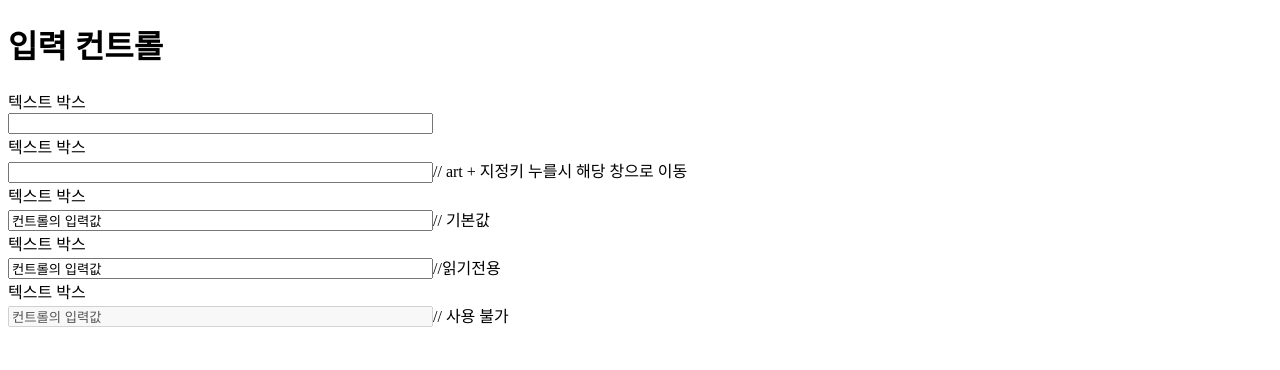
Repository: Hwang-97/HhwDesktop
Page: client/ClientTest/src/main/webapp/html/ex17_form.html
These files come from the project's save history. The page is drawn as it stood at one moment and after the next save; the edit follows.
The browser window is 1280 px wide. The pictures show the whole page.

Above is the page before, as saved 2021-12-13 02:04:06.

### client/ClientTest/src/main/webapp/html/ex17_form.html
<!DOCTYPE html>
<html>
<head>
<meta charset="UTF-8">
<title>Insert title here</title>
</head>
<body>
<!--
<h1>sd</h1>
<form action="/client/html/ex17_ok.jsp" method = "post">
<input type = "text" name = "txt1">
<input type = "submit" value = "서버로 전송하기">
</form>
<h1>네이버 검색</h1>
<form action="https://search.naver.com/search.naver" method = "get">
<input type ="text" name = "query">
<input type ="submit" value = "검색하기">
</form>
-->

<h1>입력 컨트롤</h1>
텍스트 박스
<form action="">
<input type = "text" name="txt1" id="txt1" class = "txt" size="50"
maxlength="5">
</form>
텍스트 박스
<form action="">
<input type = "text" name="txt1" id="txt1" class = "txt" size="50"
maxlength="5" accesskey ="s">// art + 지정키 누를시 해당 창으로 이동
</form>
텍스트 박스
<form action="">
<input type = "text" name="txt1" id="txt1" class = "txt" size="50"
maxlength="5" value="컨트롤의 입력값">// 기본값
</form>
텍스트 박스
<form action="">
<input type = "text" name="txt1" id="txt1" class = "txt" size="50"
maxlength="5" value="컨트롤의 입력값" readonly >//읽기전용
</form>
텍스트 박스
<form action="">
<input type = "text" name="txt1" id="txt1" class = "txt" size="50"
maxlength="5" value="컨트롤의 입력값" disabled>// 사용 불가
</form>


</body>
</html>

After the next save:
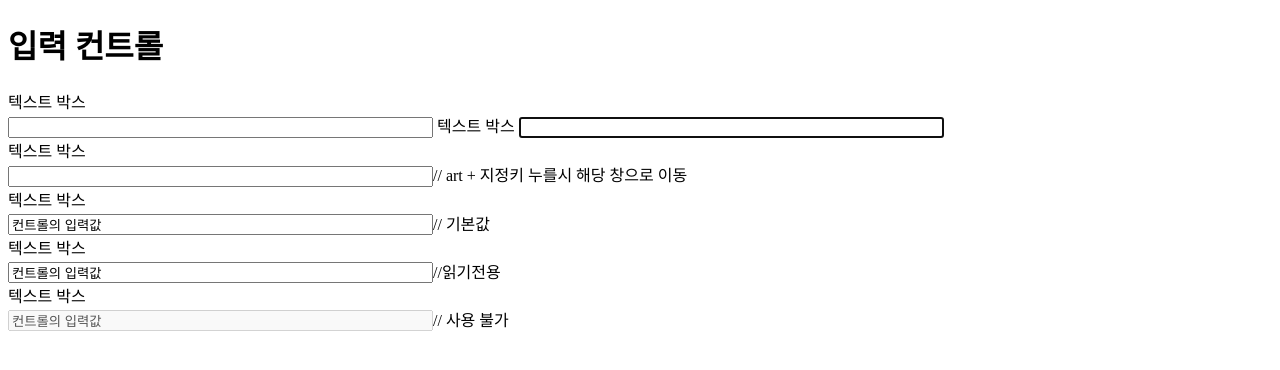
Saved 85 s later.
--- a/client/ClientTest/src/main/webapp/html/ex17_form.html
+++ b/client/ClientTest/src/main/webapp/html/ex17_form.html
@@ -23,6 +23,10 @@
 <form action="">
 <input type = "text" name="txt1" id="txt1" class = "txt" size="50"
 maxlength="5">
+텍스트 박스
+<form action="">
+<input type = "text" name="txt1" id="txt1" class = "txt" size="50"
+maxlength="5" autofocus>
 </form>
 텍스트 박스
 <form action="">
